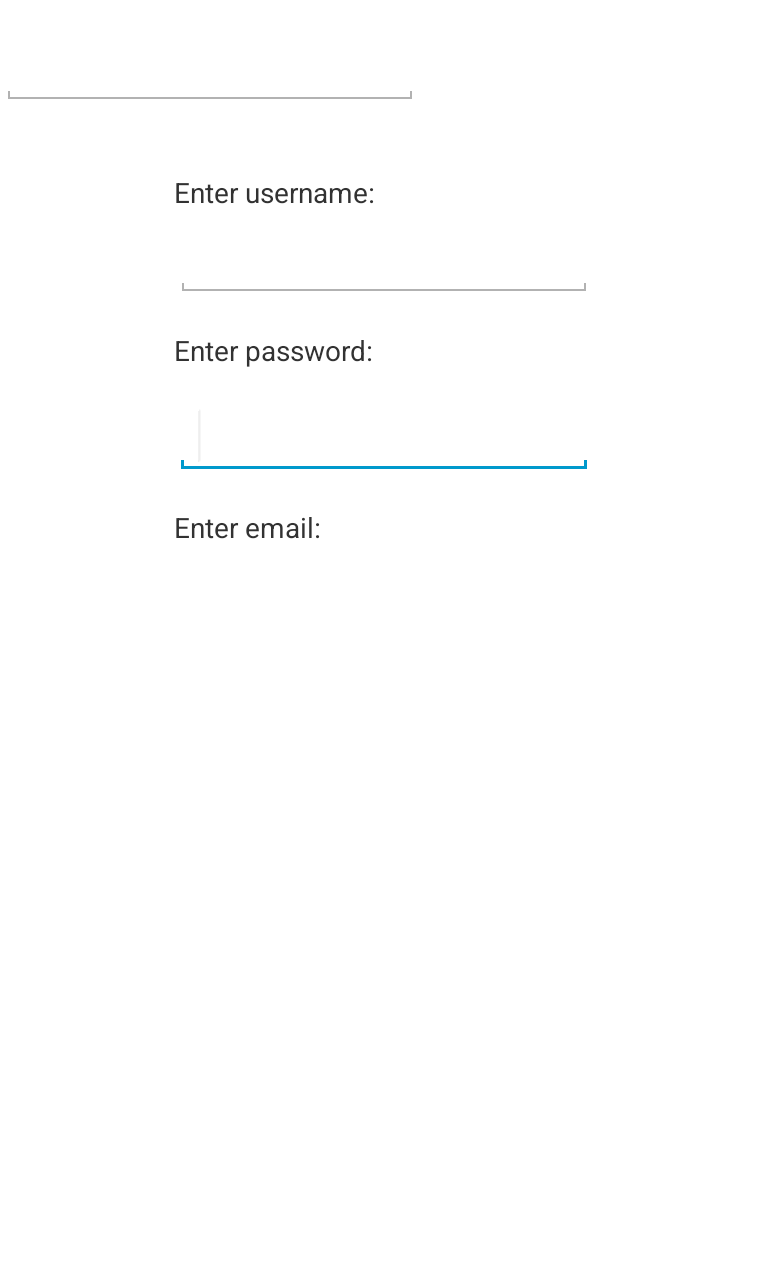
Repository: Codlex/JSMS
Layout: AndroidClient/res/layout/register_layout.xml
The author's editor kept a copy of each file at every save. The layout is drawn from the files as they stood at one save, then again after a run of saves.
It is drawn on a 768 x 1280 px phone screen (xhdpi) without system bars, with theme AppTheme; the app's code is not run.

Above is the layout before, as saved 2013-01-04 15:03:32.

### AndroidClient/res/layout/register_layout.xml
<?xml version="1.0" encoding="utf-8"?>
<RelativeLayout xmlns:android="http://schemas.android.com/apk/res/android"
    android:id="@+id/RelativeLayout1"
    android:layout_width="match_parent"
    android:layout_height="match_parent"
    android:orientation="vertical" >

    <TextView
        android:id="@+id/text1"
        android:layout_width="wrap_content"
        android:layout_height="wrap_content"
        android:layout_alignBottom="@+id/username"
        android:layout_alignLeft="@+id/username"
        android:layout_alignRight="@+id/username"
   		android:text="@string/username"
        android:layout_marginBottom="44dp" />

    <TextView
        android:id="@+id/text2"
        android:layout_width="wrap_content"
        android:layout_height="wrap_content"
        android:layout_alignLeft="@+id/username"
        android:layout_below="@+id/text1"
        android:layout_marginTop="16dp"
        android:text="@string/password" />

    <EditText
        android:id="@+id/username"
        android:layout_width="wrap_content"
        android:layout_height="wrap_content"
        android:layout_alignParentTop="true"
        android:layout_centerHorizontal="true"
        android:layout_marginTop="110dp"
        android:ems="10"
        android:inputType="textPersonName" />

    <EditText
        android:id="@+id/password"
        android:layout_width="wrap_content"
        android:layout_height="wrap_content"
        android:layout_alignLeft="@+id/text2"
        android:layout_below="@+id/text2"
        android:layout_marginTop="14dp"
        android:ems="10"
        android:inputType="textPassword" >

        <requestFocus />
    </EditText>

    <TextView
        android:id="@+id/text3"
        android:layout_width="wrap_content"
        android:layout_height="wrap_content"
        android:layout_alignLeft="@+id/password"
        android:layout_below="@+id/password"
        android:layout_marginTop="16dp"
        android:text="@string/email" />

    <EditText
        android:id="@+id/EditText01"
        android:layout_width="wrap_content"
        android:layout_height="wrap_content"
        android:layout_alignLeft="@+id/TextView01"
        android:layout_below="@+id/TextView01"
        android:layout_marginTop="14dp"
        android:ems="10"
        android:inputType="textPassword" />

</RelativeLayout>

### AndroidClient/res/values/strings.xml
<?xml version="1.0" encoding="utf-8"?>
<resources>

    <string name="app_name">AndroidClient</string>
    <string name="hello_world">Hello world!</string>
    <string name="menu_settings">Settings</string>
    <string name="username">Enter username:</string>
    <string name="password">Enter password:</string>
    <string name="email">Enter email:</string>
    <string name="login">Login</string>
    <string name="register">Register</string>
	<string name="create_account">Create account</string>

</resources>

Loaded but not shown: AndroidClient/res/values/styles.xml (common file); AndroidClient/res/values-v11/styles.xml (common file); AndroidClient/res/values-v14/styles.xml (common file)

After the next 2 saves:
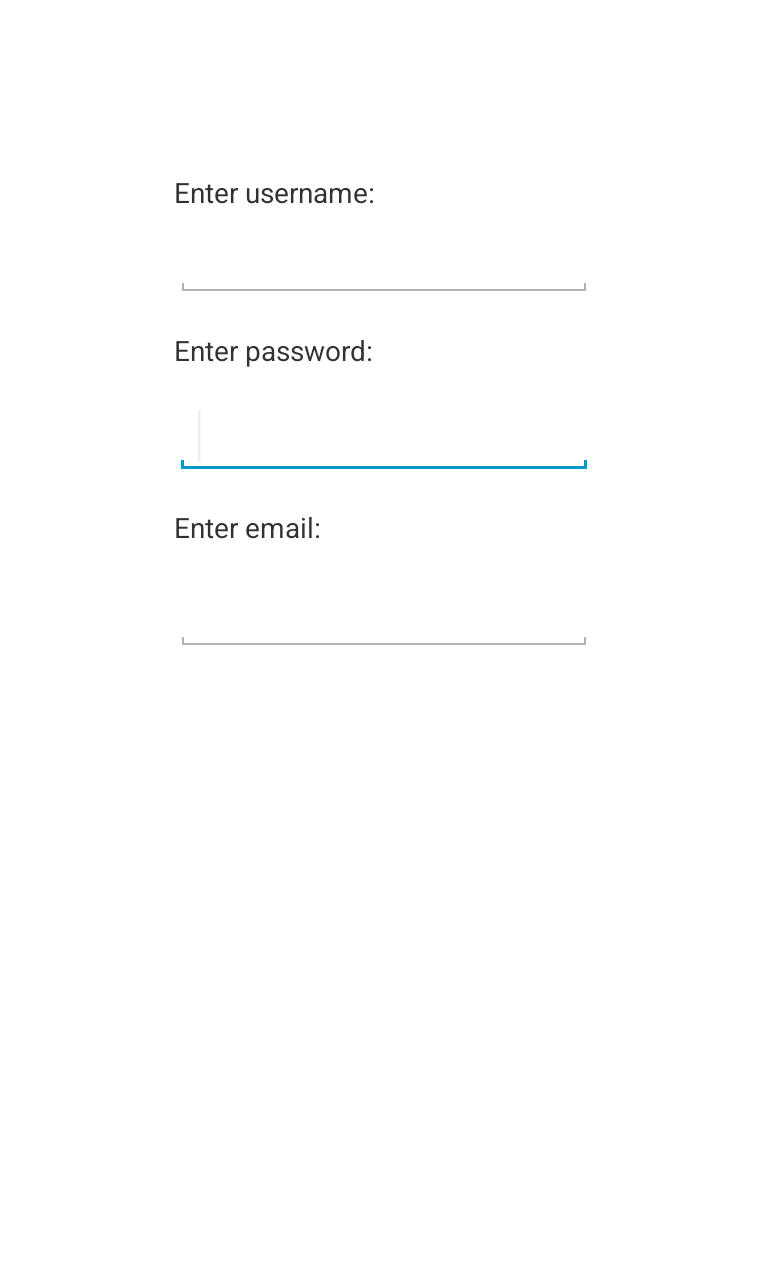
The 2 saves are shown as one change because they came seconds apart.
The last was saved 11 s later.
--- a/AndroidClient/res/layout/register_layout.xml
+++ b/AndroidClient/res/layout/register_layout.xml
@@ -60,8 +60,8 @@
         android:id="@+id/EditText01"
         android:layout_width="wrap_content"
         android:layout_height="wrap_content"
-        android:layout_alignLeft="@+id/TextView01"
-        android:layout_below="@+id/TextView01"
+        android:layout_alignLeft="@+id/text3"
+        android:layout_below="@+id/text3"
         android:layout_marginTop="14dp"
         android:ems="10"
         android:inputType="textPassword" />
